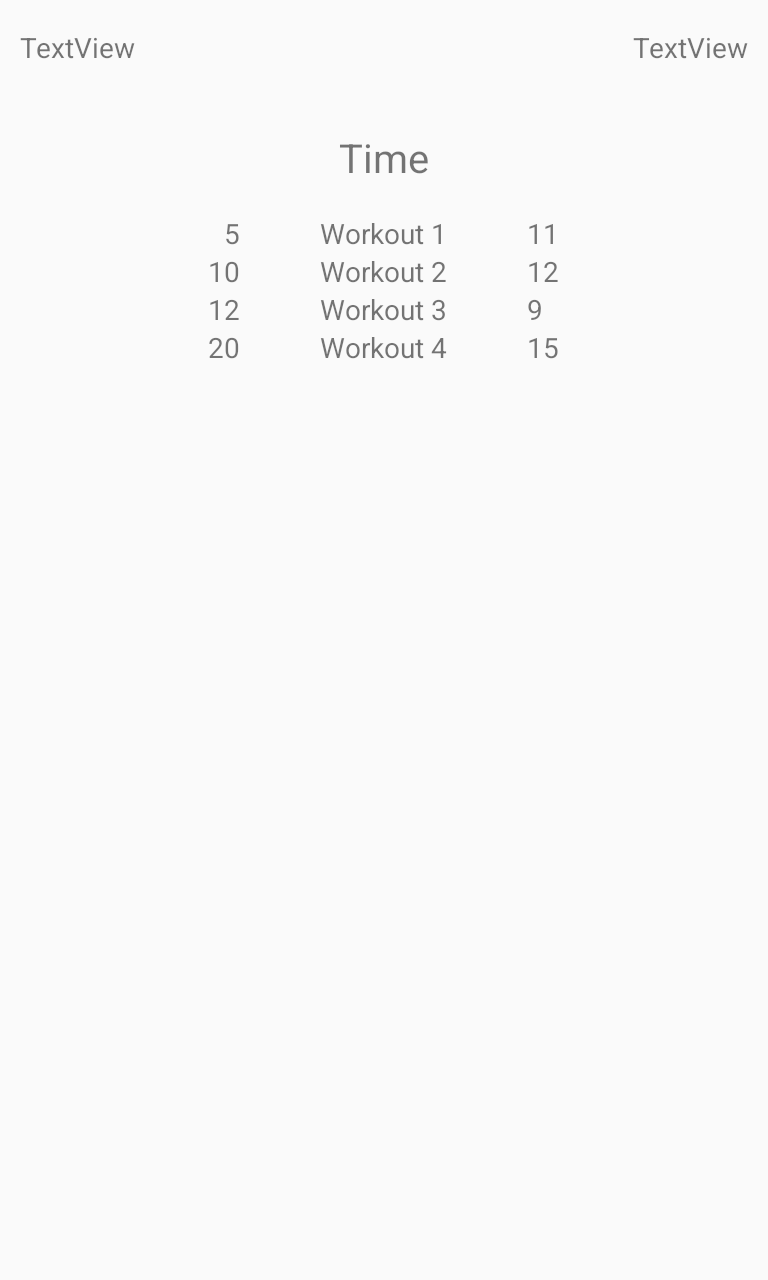
Repository: hackathon-2014/devdroid-repo
Layout: HealthyCompetition/res/layout/battlefield_layout.xml
An editor plug-in stored every save of this project. The layout is shown before and after the next save, followed by the edit.
It is drawn on a 768 x 1280 px phone screen (xhdpi) without system bars, with theme AppTheme; the app's code is not run.

Above is the layout before, as saved 2014-08-23 19:12:40.

### HealthyCompetition/res/layout/battlefield_layout.xml
<?xml version="1.0" encoding="utf-8"?>
<LinearLayout xmlns:android="http://schemas.android.com/apk/res/android"
    android:layout_width="match_parent"
    android:layout_height="match_parent"
    android:orientation="vertical" >

    <RelativeLayout
        android:id="@+id/relative_layout_versus"
        android:layout_width="match_parent"
        android:layout_height="wrap_content" >

        <ImageView
            android:id="@+id/versus_image"
            android:layout_width="match_parent"
            android:layout_height="50dp"
            android:background="@drawable/vs-banner.png" />

        <TextView
            android:id="@+id/time_view"
            android:layout_width="wrap_content"
            android:layout_height="wrap_content"
            android:layout_below="@+id/versus_image"
            android:layout_centerHorizontal="true"
            android:layout_marginTop="15dp"
            android:text="Time"
            android:textSize="20dp" />

        <TextView
            android:id="@+id/player_one_name"
            android:layout_width="wrap_content"
            android:layout_height="wrap_content"
            android:layout_alignParentLeft="true"
            android:layout_alignParentTop="true"
            android:layout_marginLeft="10dp"
            android:layout_marginTop="14dp"
            android:text="TextView" />

        <TextView
            android:id="@+id/player_two_name"
            android:layout_width="wrap_content"
            android:layout_height="wrap_content"
            android:layout_alignBaseline="@+id/player_one_name"
            android:layout_alignBottom="@+id/player_one_name"
            android:layout_alignParentRight="true"
            android:layout_alignParentTop="true"
            android:layout_marginRight="10dp"
            android:text="TextView" />
    </RelativeLayout>

    <RelativeLayout
        android:id="@+id/workout_layout_one"
        android:layout_width="match_parent"
        android:layout_height="wrap_content"
        android:layout_marginTop="15dp"
        android:orientation="vertical" >

        <TextView
            android:id="@+id/workout_one"
            android:layout_width="wrap_content"
            android:layout_height="wrap_content"
            android:layout_centerHorizontal="true"
            android:text="Workout 1" />

        <TextView
            android:id="@+id/playerone_workoutone"
            android:layout_width="wrap_content"
            android:layout_height="wrap_content"
            android:layout_alignParentTop="true"
            android:layout_marginRight="40dp"
            android:layout_toLeftOf="@+id/workout_one"
            android:text="5" />

        <TextView
            android:id="@+id/playertwo_workoutone"
            android:layout_width="wrap_content"
            android:layout_height="wrap_content"
            android:layout_alignParentTop="true"
            android:layout_marginLeft="40dp"
            android:layout_toRightOf="@+id/workout_one"
            android:text="11" />
    </RelativeLayout>

    <RelativeLayout
        android:id="@+id/workout_layout_two"
        android:layout_width="match_parent"
        android:layout_height="wrap_content"
        android:orientation="vertical" >

        <TextView
            android:id="@+id/workout_two"
            android:layout_width="wrap_content"
            android:layout_height="wrap_content"
            android:layout_centerHorizontal="true"
            android:text="Workout 2" />

        <TextView
            android:id="@+id/playerone_workouttwo"
            android:layout_width="wrap_content"
            android:layout_height="wrap_content"
            android:layout_alignParentTop="true"
            android:layout_marginRight="40dp"
            android:layout_toLeftOf="@+id/workout_two"
            android:text="10" />

        <TextView
            android:id="@+id/playertwo_workouttwo"
            android:layout_width="wrap_content"
            android:layout_height="wrap_content"
            android:layout_alignParentTop="true"
            android:layout_marginLeft="40dp"
            android:layout_toRightOf="@+id/workout_two"
            android:text="12" />
    </RelativeLayout>

    <RelativeLayout
        android:id="@+id/workout_layout_three"
        android:layout_width="match_parent"
        android:layout_height="wrap_content"
        android:orientation="vertical" >

        <TextView
            android:id="@+id/workout_three"
            android:layout_width="wrap_content"
            android:layout_height="wrap_content"
            android:layout_centerHorizontal="true"
            android:text="Workout 3" />

        <TextView
            android:id="@+id/playerone_workoutthree"
            android:layout_width="wrap_content"
            android:layout_height="wrap_content"
            android:layout_alignParentTop="true"
            android:layout_marginRight="40dp"
            android:layout_toLeftOf="@+id/workout_three"
            android:text="12" />

        <TextView
            android:id="@+id/playertwo_workoutthree"
            android:layout_width="wrap_content"
            android:layout_height="wrap_content"
            android:layout_alignParentTop="true"
            android:layout_marginLeft="40dp"
            android:layout_toRightOf="@+id/workout_three"
            android:text="9" />
    </RelativeLayout>

    <RelativeLayout
        android:id="@+id/workout_layout_four"
        android:layout_width="match_parent"
        android:layout_height="wrap_content"
        android:orientation="vertical" >

        <TextView
            android:id="@+id/workout_four"
            android:layout_width="wrap_content"
            android:layout_height="wrap_content"
            android:layout_centerHorizontal="true"
            android:text="Workout 4" />

        <TextView
            android:id="@+id/playerone_workoutfour"
            android:layout_width="wrap_content"
            android:layout_height="wrap_content"
            android:layout_alignParentTop="true"
            android:layout_marginRight="40dp"
            android:layout_toLeftOf="@+id/workout_four"
            android:text="20" />

        <TextView
            android:id="@+id/playertwo_workoutfour"
            android:layout_width="wrap_content"
            android:layout_height="wrap_content"
            android:layout_alignParentTop="true"
            android:layout_marginLeft="40dp"
            android:layout_toRightOf="@+id/workout_four"
            android:text="15" />
    </RelativeLayout>

</LinearLayout>

Loaded but not shown: HealthyCompetition/res/values/styles.xml (common file); HealthyCompetition/res/values-v11/styles.xml (common file); HealthyCompetition/res/values-v14/styles.xml (common file)

After the next save:
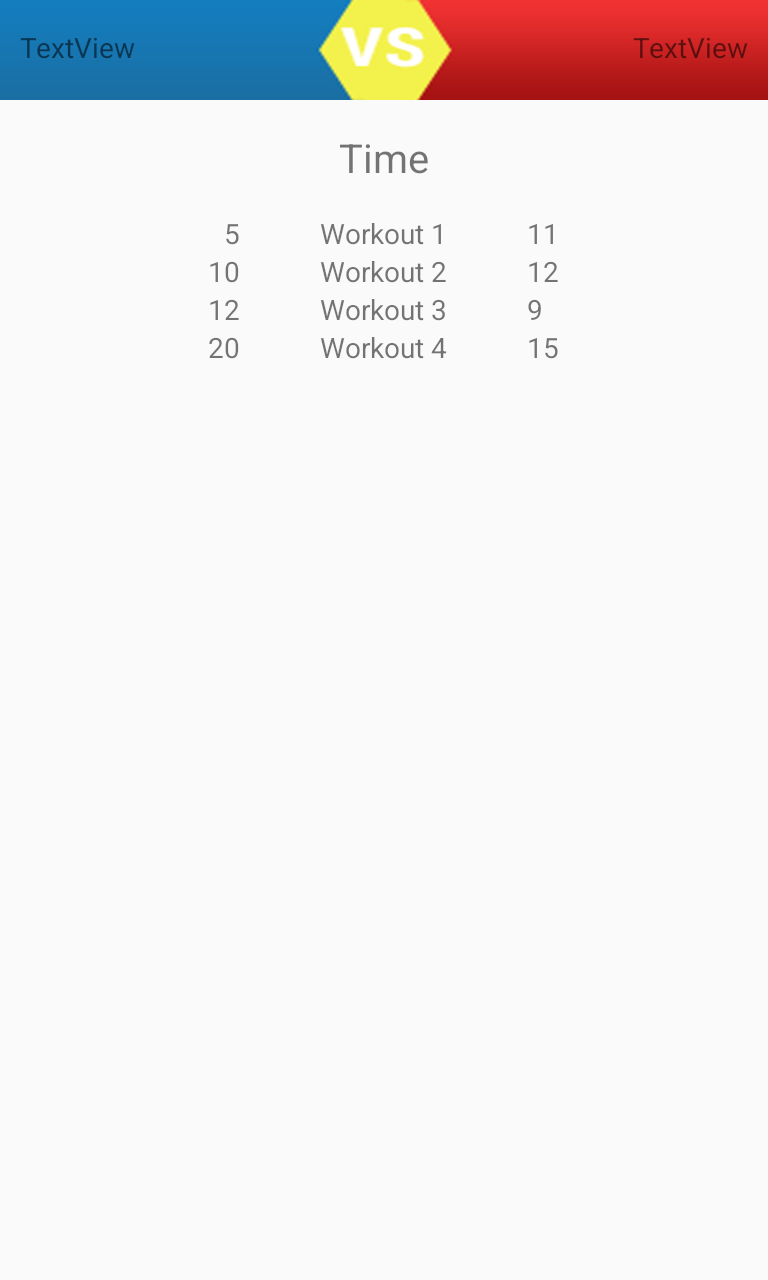
Saved 2 min 3 s later.
--- a/HealthyCompetition/res/layout/battlefield_layout.xml
+++ b/HealthyCompetition/res/layout/battlefield_layout.xml
@@ -13,7 +13,7 @@
             android:id="@+id/versus_image"
             android:layout_width="match_parent"
             android:layout_height="50dp"
-            android:background="@drawable/vs-banner.png" />
+            android:background="@drawable/vs_banner" />
 
         <TextView
             android:id="@+id/time_view"
